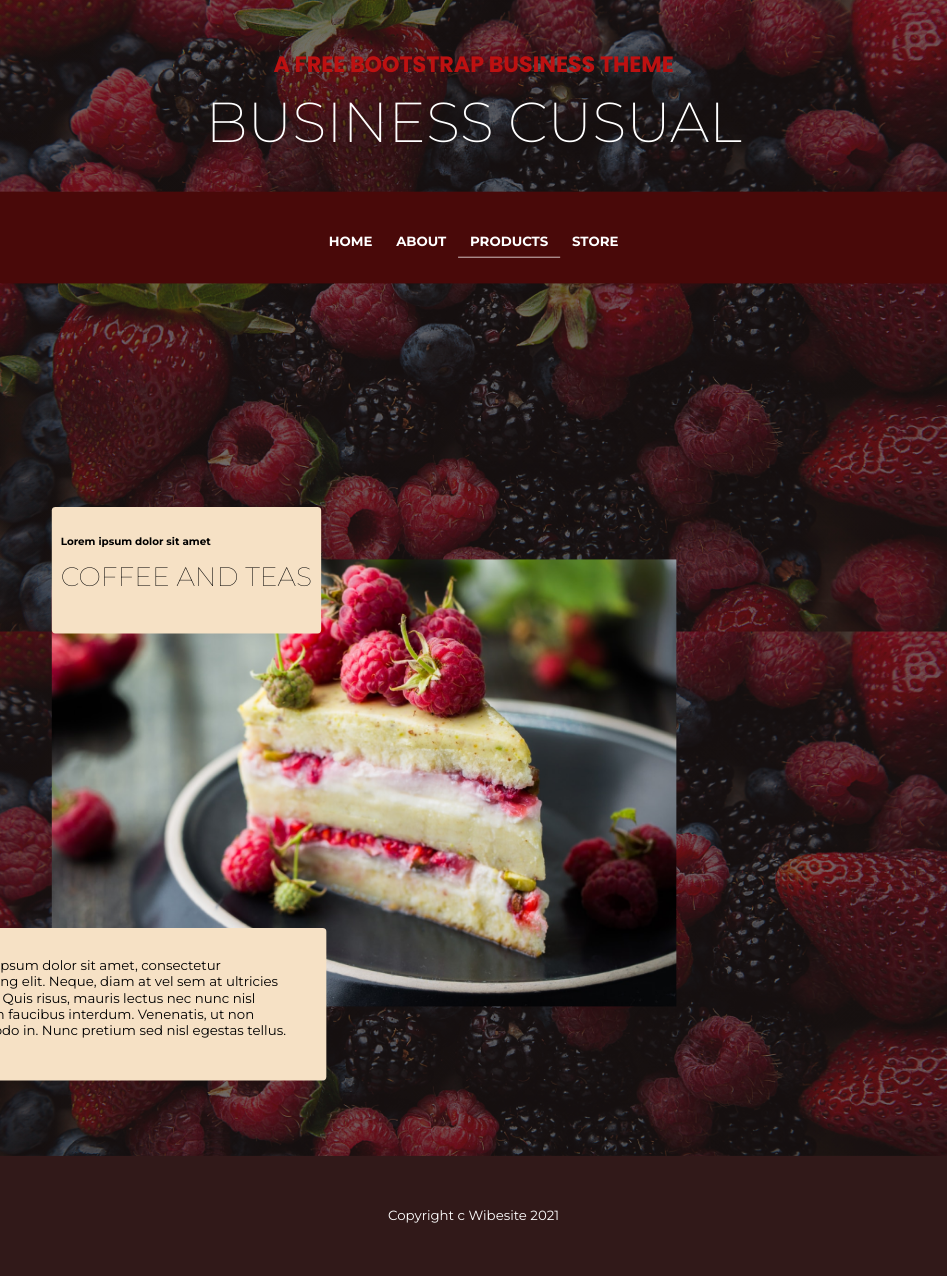
Repository: wadelfadill/tache_7_Business_bootstrap_theme
Page: product.html
These files come from the project's save history. The page is drawn as it stood at one moment and after the next save; the edit follows.
The browser window is 1280 px wide. The pictures show the whole page, at 74% of full size.
Backgrounds fixed to the window are drawn as part of the page.

Above is the page before, as saved 2023-04-28 12:12:29.

After the next save:
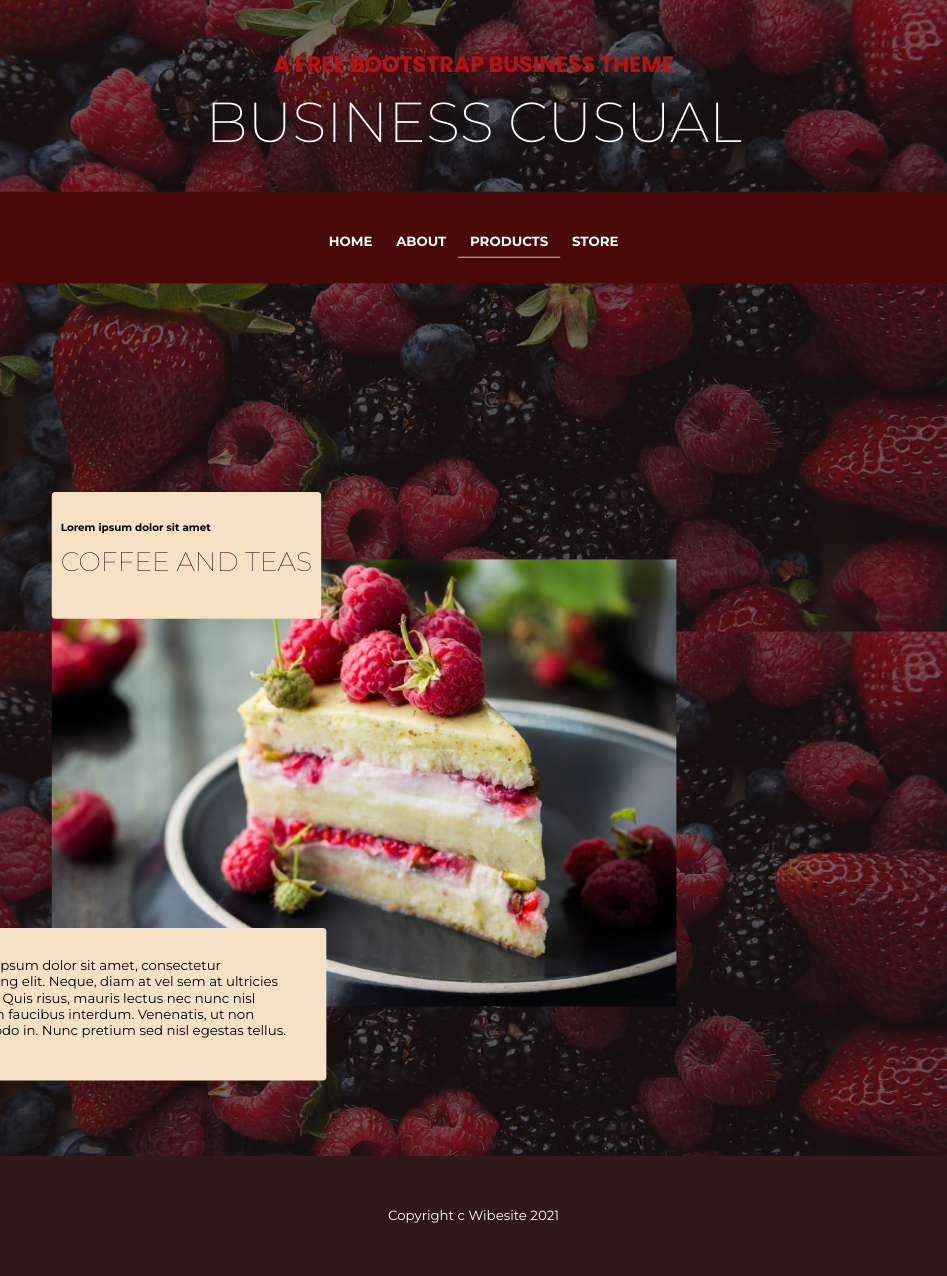
Saved 20 s later.
--- a/css/product_style.css
+++ b/css/product_style.css
@@ -35,7 +35,8 @@
     border-radius: 5px;
     width: max-content;
     position: relative;
-    bottom: -100px !important;
+    bottom: -80px !important;
+    right: 0;
 }
 .box-top .p1{
     font-family: 'Montserrat';
